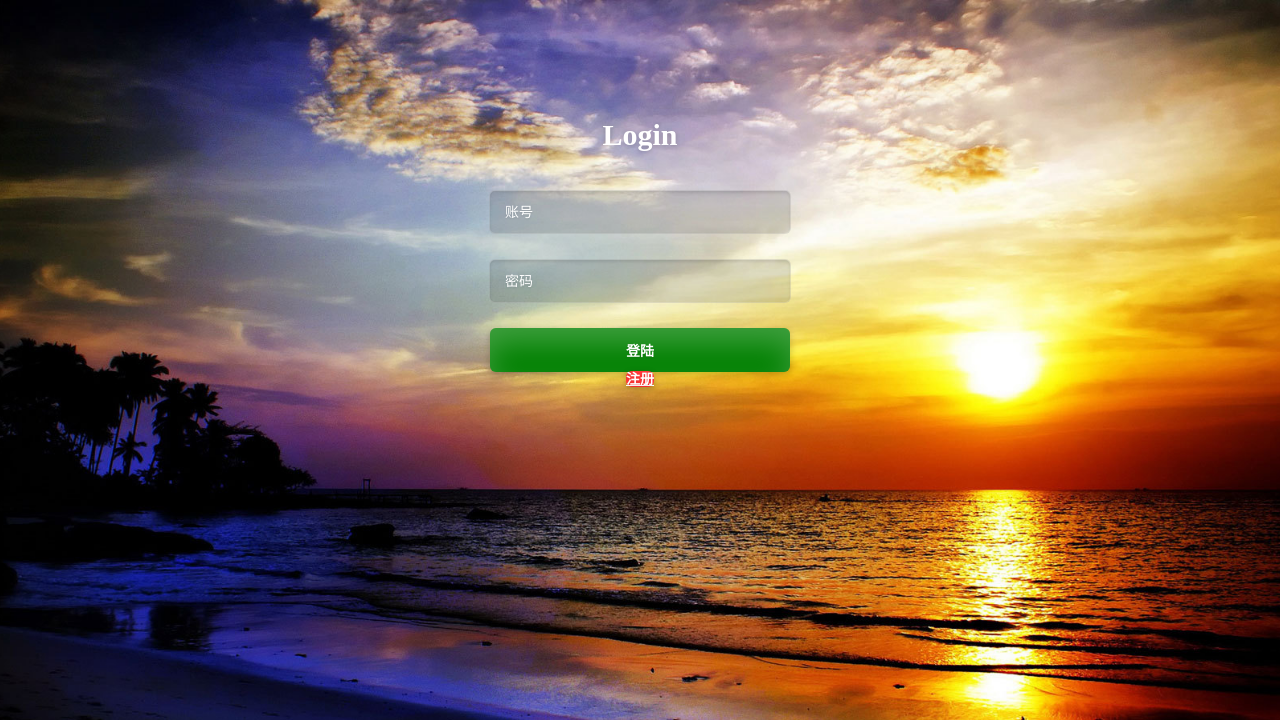
Repository: SUT-GC/myblog
Page: http://localhost/myblog/jsp/login/login.jsp
The author's editor kept a copy of each file at every save. The page is drawn from the files as they stood at one save, then again after the next save.
The browser window is 1280 px wide. The pictures show the whole page.
Some web libraries are served in a nearby version. The page is served by Tomcat 9.

Above is the page before, as saved 2015-10-01 09:49:15.
Console error: TypeError: $(...).live is not a function

After the next save:
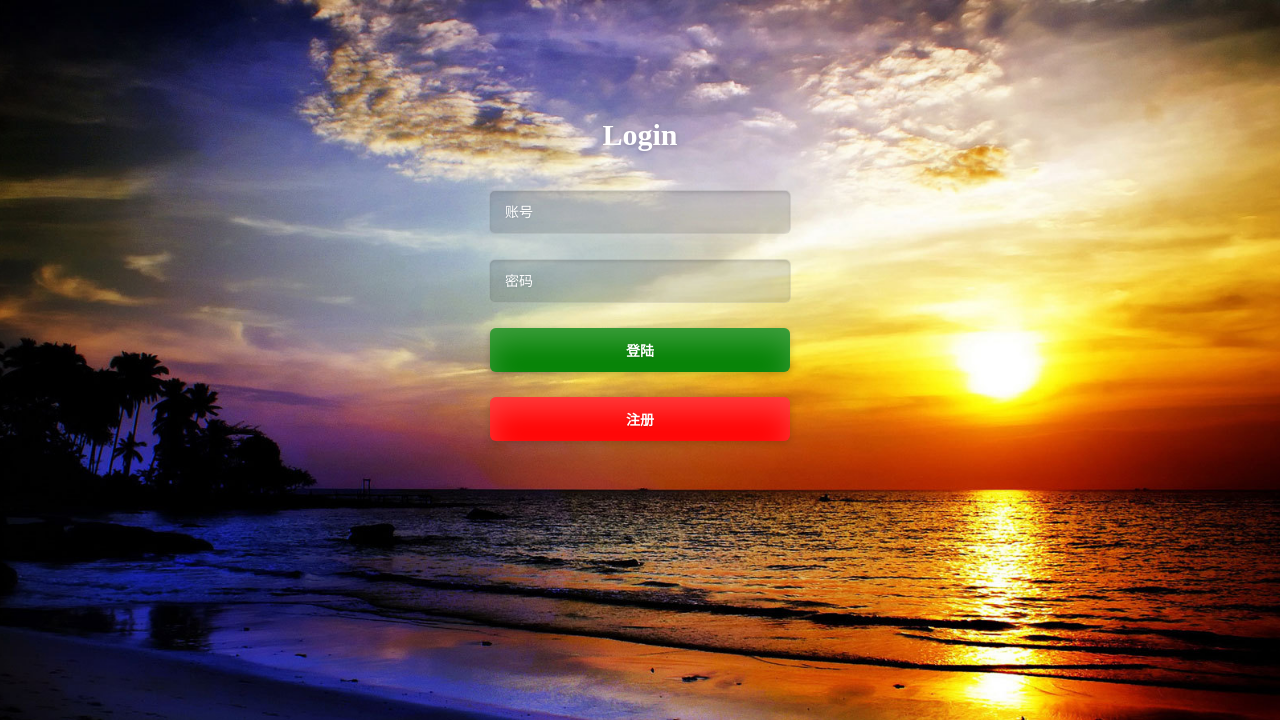
Saved 5 s later.
--- a/javaee_workspace/myblog/WebContent/jsp/login/login.jsp
+++ b/javaee_workspace/myblog/WebContent/jsp/login/login.jsp
@@ -35,7 +35,7 @@
 					<input type="password" name="password" class="password" placeholder="密码" oncontextmenu="return false" onpaste="return false" />
                 </div>
                 <button id="submit" type="button">登陆</button>
-            	<a href="../registered/registered.jsp"<button id="register" type="button" onclick="toRegister()">注册</button></a>
+            	<a href="../registered/registered.jsp"><button id="register" type="button" onclick="toRegister()">注册</button></a>
             </form>
             <div class="connect">
                 <p>You cannot improve your past, but you can improve your future. </p>
